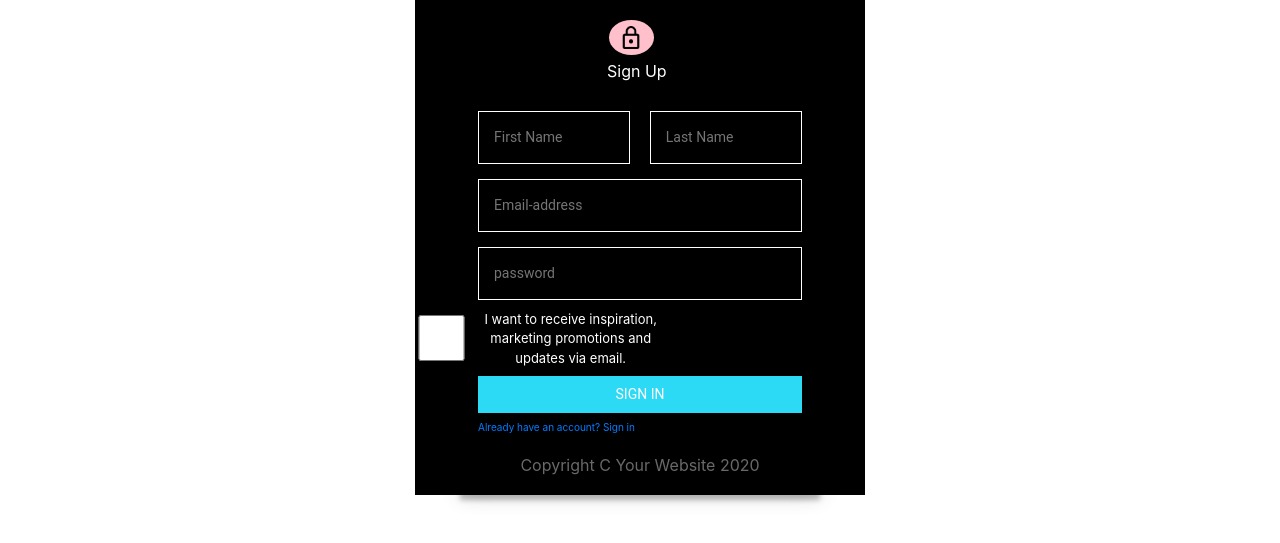
Repository: andbilous/cursor-styled-components
Page: /sign-up
These files come from the project's save history. The page is drawn as it stood at one moment and after the next save; the edit follows.
The browser window is 1280 px wide. The pictures show the whole page.
The project was rebuilt for these pictures with package versions that can differ from the ones it lists, and the page was loaded fresh each time. Also part of the build but not shown: src/App.css, src/components/SignInForm.jsx.

Above is the page before, as saved 2020-04-19 16:55:29.

### src/App.js
import React from 'react';
import {
  BrowserRouter as Router,
  Switch,
  Route,
  Link
} from "react-router-dom";
import './App.css';
import SignInForm from './components/SignInForm';
import SignUpForm from './components/SignUpForm';

function App() {
  return (
   <Router>
      <Switch>
          <Route exact path="/sign-in">
            <SignInForm />
          </Route>
          <Route path="/sign-up">
            <SignUpForm />
          </Route>
        </Switch>
   </Router>
  );
}

export default App;

### src/components/SignUpForm.jsx
import React from 'react';
import styled from "styled-components";

const SignUpFormStyles = styled.div`
*{
  box-sizing: border-box;
}
.login-page {
  width: 450px;
  margin: auto;
  background: #000;
}
.form {
  position: relative;
  z-index: 1;
  max-width: 360px;
  margin: 0 auto;
  margin-top:10px;
  padding: 18px;
  text-align: center;
  box-shadow: 0 0 20px 0 rgba(0, 0, 0, 0.2), 0 5px 5px 0 rgba(0, 0, 0, 0.24);
}
.form input {
  font-family: "Roboto", sans-serif;
  outline: 0;
  border: 1px solid #fff;
  background:transparent;
  width: 100%;
  margin: 0 0 15px;
  padding: 15px;
  font-size: 14px;
}
.form input[type="checkbox"]{
  transform: translateX(-100px);
}
.form button {
  font-family: "Roboto", sans-serif;
  text-transform: uppercase;
  outline: 0;
  background: #2cdaf5;
  width: 100%;
  border: 0;
  padding: 8px;
  color: #FFFFFF;
  font-size: 14px;
  -webkit-transition: all 0.3 ease;
  transition: all 0.3 ease;
  cursor: pointer;
}
.form button:hover,.form button:active,.form button:focus {
  background: #43A047;
}
.form .message {
  margin: 15px 0 0;
  color: #b3b3b3;
  font-size: 12px;
}
.form .message a {
  color: #4CAF50;
  text-decoration: none;
}
.container {
  position: relative;
  z-index: 1;
  max-width: 300px;
  margin: 0 auto;
}
.container:before, .container:after {
  content: "";
  display: block;
  clear: both;
}
.container .info {
  margin: 50px auto;
  text-align: center;
}
.container .info h1 {
  margin: 0 0 15px;
  padding: 0;
  font-size: 36px;
  font-weight: 300;
  color: #1a1a1a;
}
.container .info span {
  color: #4d4d4d;
  font-size: 12px;
}
.container .info span a {
  color: #000000;
  text-decoration: none;
}
.container .info span .fa {
  color: #EF3B3A;
}
body {
  background: #76b852; /* fallback for old browsers */
  background: -webkit-linear-gradient(right, #76b852, #8DC26F);
  background: -moz-linear-gradient(right, #76b852, #8DC26F);
  background: -o-linear-gradient(right, #76b852, #8DC26F);
  background: linear-gradient(to left, #76b852, #8DC26F);
  font-family: "Roboto", sans-serif;
  -webkit-font-smoothing: antialiased;
  -moz-osx-font-smoothing: grayscale;
}
.links{
  display:flex
}
.remember{
color:#fff;
}
.additional{
 color: #2cdaf5;
 display: flex;
 justify-content: space-between;
}
.additional a{
  font-size:10px
 }
.img-container{
  background: pink;
  border-radius: 50%;
  width:10%;
  transform: translateY(20px);
  margin-left: 43%;
}
img{
  margin: 6px 11px;
  width: 50%;
}
.image-label{
  display:block;
  color:#fff;
  margin-left: 12rem;
  margin-top: 1.5rem;
}
.label-remember{
  display: inline-block;
  margin-bottom: .5rem;
  transform: translateX(-133px);
    font-size: 13px;
    width: 500px;
  margin-top: -5px;
}
footer{
  color: dimgrey;
}
.name{
  display:flex;
  justify-content: space-between;
}
.name input{
  width:47%
}
`


const SignUpForm =() =>{
  return (
    <SignUpFormStyles>
<div class="login-page">
  <div class='img-container'>
    <img src={require('../assets/padlock.png')}/>
    </div>
    <span class='image-label'>Sign Up</span>
  <div class="form">
    <form class="login-form">
      <div class='name'>
        <input type="text" placeholder="First Name"/>
    <input type="text" placeholder="Last Name"/></div>

    <input type="text" placeholder="Email-address"/>
      <input type="password" placeholder="password"/>
      <div class='links remember'>
        <input type="checkbox"/><label class='label-remember'>
          I want to receive inspiration, marketing promotions and updates via email.
          </label></div>
     <button>Sign In</button>
     <div class='links additional'>
       <p><a href="#">Already have an account? Sign in</a></p>
       </div>
       <footer>
       <span>Copyright C Your Website 2020</span>
       </footer>
    </form>
  </div>
</div>
    </SignUpFormStyles>

  )
}


export default  SignUpForm;

Loaded but not shown: public/index.html (common file); src/index.js (common file); src/index.css (common file); src/serviceWorker.js (common file)

After the next save:
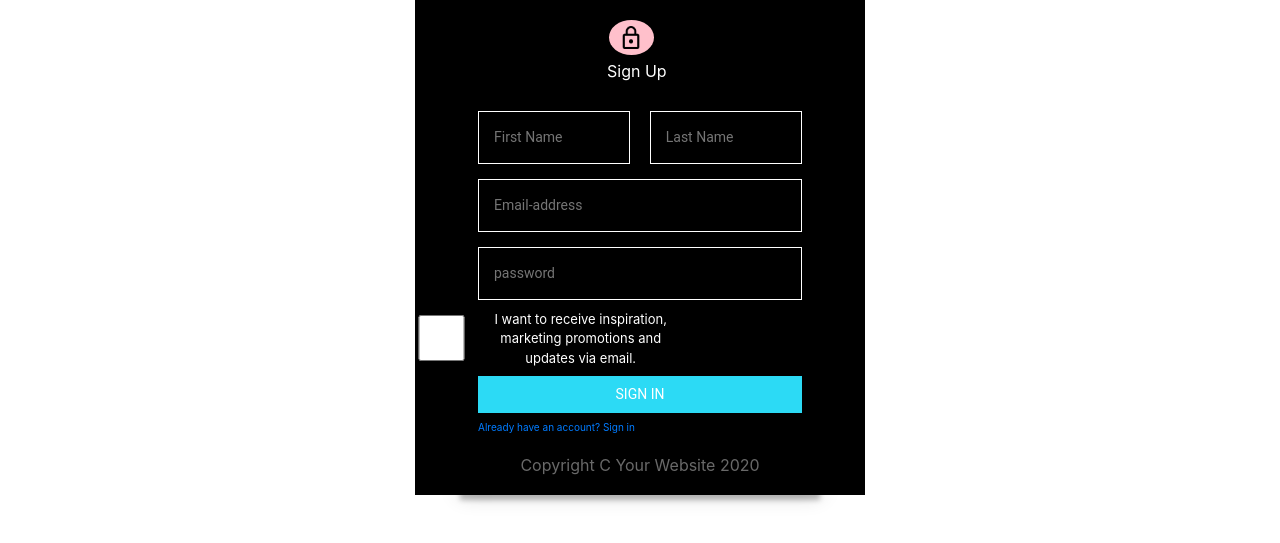
Saved 33 s later.
--- a/src/components/SignUpForm.jsx
+++ b/src/components/SignUpForm.jsx
@@ -136,7 +136,7 @@ img{
 .label-remember{
   display: inline-block;
   margin-bottom: .5rem;
-  transform: translateX(-133px);
+  transform: translateX(-123px);
     font-size: 13px;
     width: 500px;
   margin-top: -5px;
